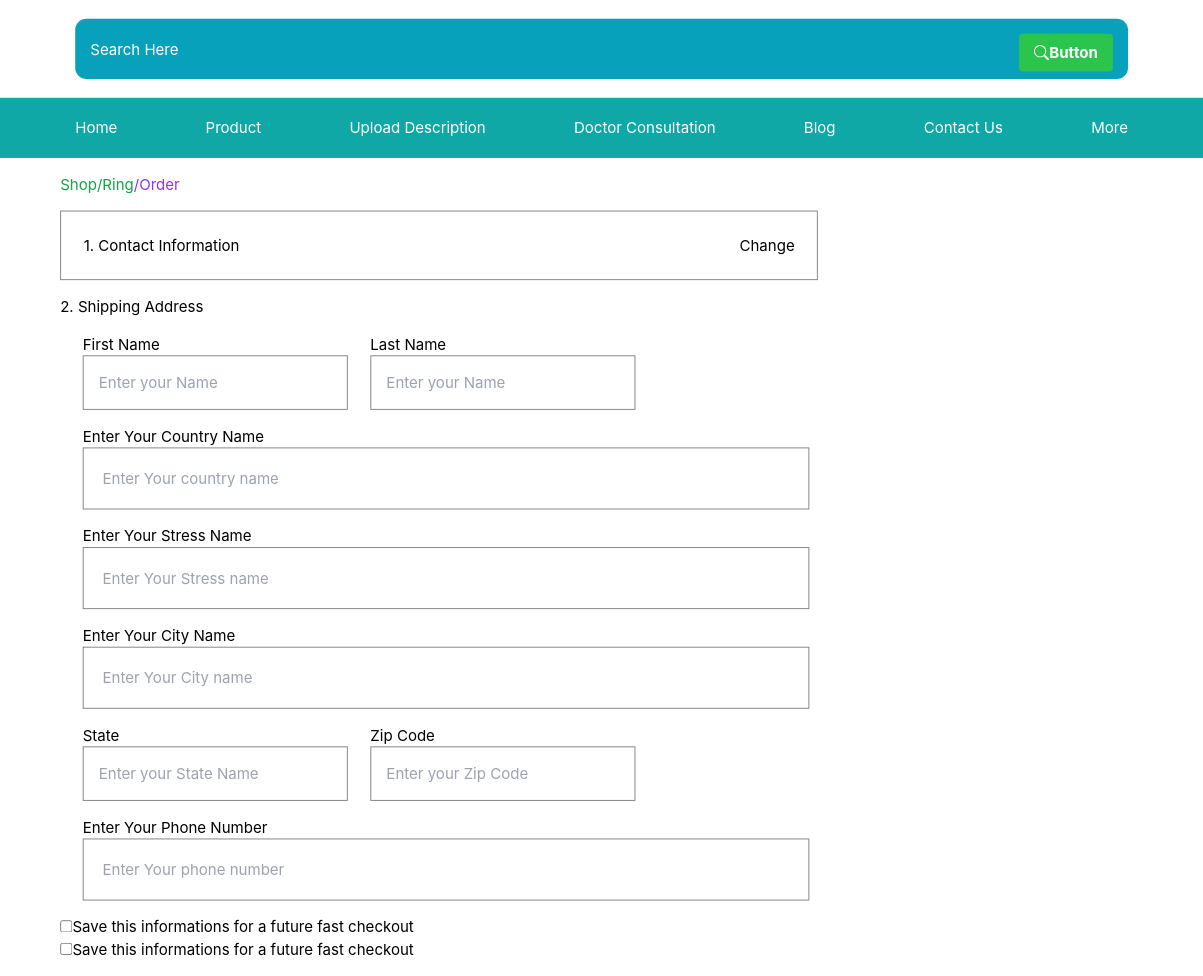
Repository: arafatmollah/form-pharma
Page: /
An editor plug-in stored every save of this project. The page is shown before and after a run of saves, followed by the edit.
The browser window is 1280 px wide. The pictures show the whole page, at 94% of full size.
The project was rebuilt for these pictures with package versions that can differ from the ones it lists, and the page was loaded fresh each time.

Above is the page before, as saved 2023-03-15 00:02:49.

After the next 5 saves:
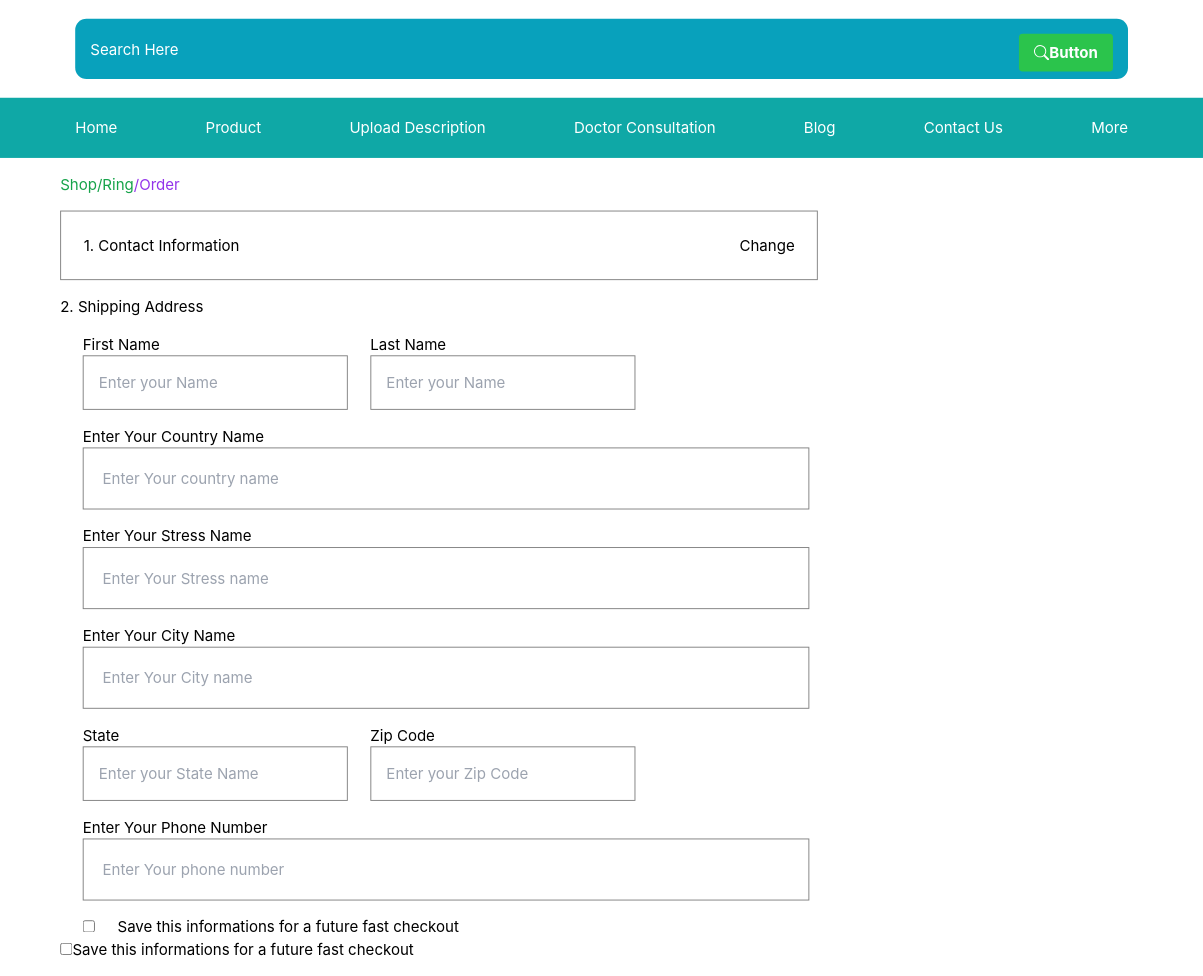
The 5 saves are shown as one change because they came seconds apart.
The last was saved 15 s later.
--- a/src/Form.js
+++ b/src/Form.js
@@ -54,7 +54,7 @@ function form() {
                 <input className='an input p-5' type='number' placeholder='Enter Your phone number'></input>
                </div>
                <div>
-                <input type="checkbox"></input>
+                <input type="checkbox" className='mx-6'></input>
                 <label>Save this informations for a future fast checkout</label><br></br>
                 <input type="checkbox"></input>
                 <label>Save this informations for a future fast checkout</label>
